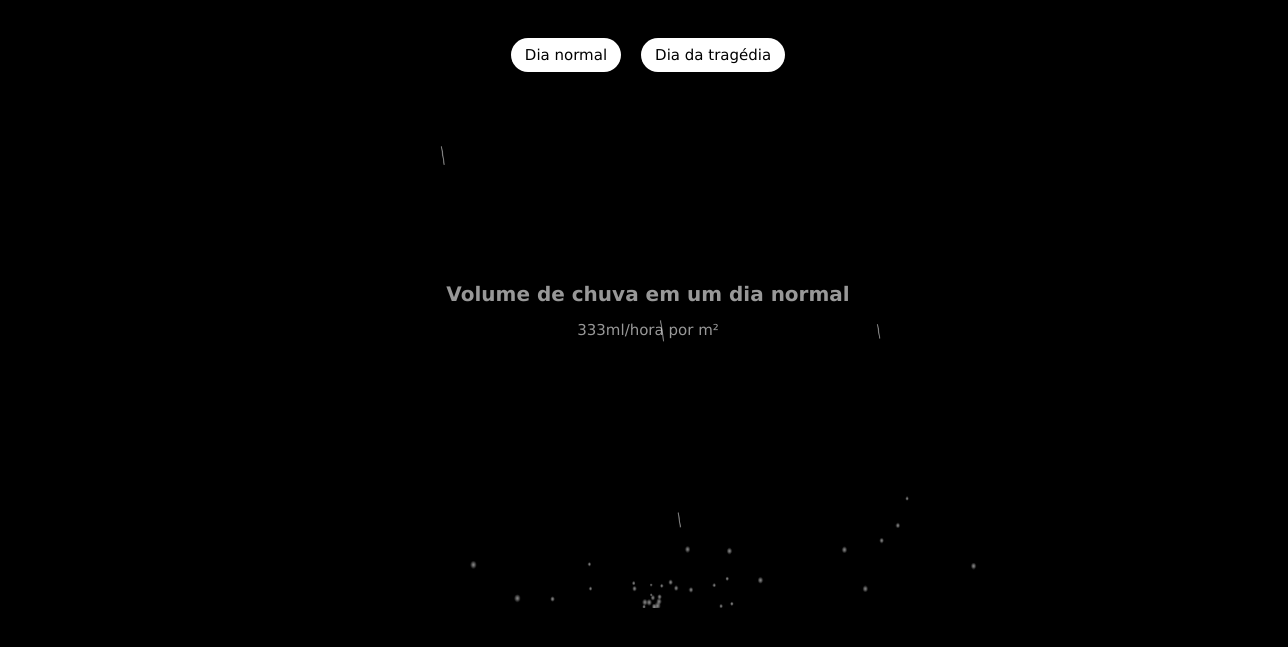
Repository: lucasthaynan/chuvas-estadao
Page: index.html
An editor plug-in stored every save of this project. The page is shown before and after the next save, followed by the edit.
The browser window is 1280 px wide. The page is 1288 px wide, so the pictures cover 1288 px, including what lies to the right of the window. The pictures show the whole page.

Above is the page before, as saved 2023-02-24 12:12:42.
Console error: ReferenceError: dat is not defined

### index.html
<!DOCTYPE html>
<html lang="en">
<head>
    <meta charset="UTF-8">
    <meta http-equiv="X-UA-Compatible" content="IE=edge">
    <meta name="viewport" content="width=device-width, initial-scale=1.0">
    <link rel="stylesheet" href="./style.css">

    <title>Document</title>
</head>
<body>


    <div>
        <!-- <h1>Texto teste</h1> -->
        <div class="btns">
            <button class="btn-nornal" onclick="clickNormal()">
                <p>Dia normal</p>
            </button>
            <button class="btn-tragedia" onclick="clickTragedia()">
                <p>Dia da tragédia</p>
            </button>
        </div>
    </div>
    <div id="instructions"></div>

        <canvas id="canvas">Canvas is not supported in your browser

        </canvas>

    <div class="text">
        <p class="destaque visible active">Volume de chuva em um dia normal</p>
        <p class="volume visible">333ml/hora por m²</p>
    </div>


    <script src="./main.js"></script>
</body>
</html>

### style.css
/* html {
	position: absolute;
	width: 100%;
	height: 100%;
} */

body {
    background: -moz-linear-gradient(top,  rgb(0, 0, 0) 0%, rgb(0, 0, 0) 100%); /* FF3.6-15 */
    background: linear-gradient(to bottom,  rgb(0, 0, 0) 0%,rgba(0, 0, 0, 0.93) 100%);
    background: -webkit-linear-gradient(top,  rgb(0, 0, 0) 0%,rgb(0, 0, 0) 100%); /* Chrome10-25,Safari5.1-6 */
    /* background: linear-gradient(to bottom,  rgba(8,13,40,1) 0%,rgba(38,19,0,1) 100%); W3C, IE10+, FF16+, Chrome26+, Opera12+, Safari7+ */

    display: flex;
    flex-direction: column;

    width: 710px;
    height: 500px;

    position: relative;
    width: 100%;

}

canvas {
    width: 710px;
    height: 500px;

    left: 50%;

    position: absolute;
    transform: translateX(-50%);

    margin-top: 100px;

}

#instructions {
	opacity: 1;
	transition: opacity 2s;
	background-repeat: no-repeat;
	background-position: center center;
	background-size: contain;
	/* background-image: url(data:[embedded picture, 1818 characters]);
	 */

    width: 710px;
    height: 500px;

    left: 50%;

    position: absolute;
    transform: translateX(-50%);

    margin-top: 200px;

	@media (max-height: 400px) {
		display: none;
	}


}


.text {
    display: flex;
    justify-content: center;
    width: 100vw;
    height: 100%;
    /* align-content: center; */
    align-items: center;
    flex-direction: column;
    flex-wrap: nowrap;
    gap: 15px;
}

p {
    margin: 0;
    font-weight: 800;
    color: #989898;
    font-size: 20px;
    font-family:'Lucida Sans', 'Lucida Sans Regular', 'Lucida Grande', 'Lucida Sans Unicode', Geneva, Verdana, sans-serif;
}

p.volume {
    font-size: 15px;
    font-weight: 500;
}

/* div.btns p {
    transition: ;
} */


p.visible {
    visibility: visible;
    opacity: 1;
    transition: opacity 0.5s linear;
  }


p.hidden {
    visibility: hidden;
    opacity: 0;
    transition: visibility 0s 0.5s, opacity 0.5s linear;
}

div.btns {
    display: flex;
    flex-direction: row;
    align-items: center;
    justify-content: center;
    gap: 20px;
    padding-bottom: 40px;
    padding-top: 30px;
}

div.btns > button {
    background-color: #ffffff;
    padding: 8px 14px;
    border-radius: 999px;
    cursor: pointer;
    border: 0;
}

div.btns > button p {
    font-size: 15px;
    font-weight: 400;
    color: #000000;
}

h1 {
    color: #ffffff;
    left: 50%;

    position: absolute;
    transform: translateX(-50%);
}

### main.js
// Falling rain simulation using 2D canvas
// - vanilla JS, no frameworks
// - framerate independent physics
// - slow-mo / fast-forward support via demo.speed
// - supports high-DPI screens
// - falling rain particles are drawn as vector lines
// - splash particles are lazily pre-rendered so gradients aren't computed each frame
// - all particles make use of object pooling to further boost performance

// initialize


document.addEventListener("DOMContentLoaded", function() {

	demo.init();
	window.addEventListener('resize', demo.resize);


});

// demo namespace
var demo = {
	// CUSTOMIZABLE PROPERTIES
	// - physics speed multiplier: allows slowing down or speeding up simulation
	speed: 1,
	// - color of particles
	color: {
		r: '255',
		g: '255',
		b: '255',
		a: '0.5'
	},

	// END CUSTOMIZATION
	// whether demo is running
	started: false,
	// canvas and associated context references
	canvas: null,
	ctx: null,
	// viewport dimensions (DIPs)
	width: 0,
	height: 0,
	// devicePixelRatio alias (should only be used for rendering, physics shouldn't care)
	dpr: window.devicePixelRatio || 1,
	// time since last drop
	drop_time: 0,
	// ideal time between drops (changed with mouse/finger)
    drop_delay: 156,
	// drop_delay: 156,
	// wind applied to rain (changed with mouse/finger)
    wind: 5,
	// wind: 5,
	// color of rain (set in init)
	rain_color: null,
	rain_color_clear: null,
	// rain particles
	rain: [],
	rain_pool: [],
	// rain droplet (splash) particles
	drops: [],
	drop_pool: []
};

// demo initialization (should only run once)
demo.init = function() {

	if (!demo.started) {

		demo.started = true;
		demo.canvas = document.getElementById('canvas');
		demo.ctx = demo.canvas.getContext('2d');
		var c = demo.color;
		demo.rain_color = 'rgba(' + c.r + ',' + c.g + ',' + c.b + ',' + c.a + ')';
		demo.rain_color_clear = 'rgba(' + c.r + ',' + c.g + ',' + c.b + ',0)';
		demo.resize();
		Ticker.addListener(demo.step);

		//
		const gui = new dat.GUI();
		gui.add(demo, 'speed', 0.2, 2);

		// fade out instructions after a few seconds
		var instructions = document.getElementById('instructions');
		setTimeout(function() {
			instructions.style.opacity = 0;
			setTimeout(function(){
				instructions.parentNode.removeChild(instructions);
			}, 2000);
		}, 4000);
	}
}

// (re)size canvas (clears all particles)
demo.resize = function() {
	// localize common references
	var rain = demo.rain;
	var drops = demo.drops;
	// recycle particles
	for (var i = rain.length - 1; i >= 0; i--) {
			rain.pop().recycle();
	}
	for (var i = drops.length - 1; i >= 0; i--) {
			drops.pop().recycle();
	}
	// resize
	demo.width = window.innerWidth;
	demo.height = window.innerHeight;
	demo.canvas.width = demo.width * demo.dpr;
	demo.canvas.height = demo.height * demo.dpr;
}

demo.step = function(time, lag) {
	// localize common references
	var demo = window.demo;
	var speed = demo.speed;
	var width = demo.width;
	var height = demo.height;
	var wind = demo.wind;
	var rain = demo.rain;
	var rain_pool = demo.rain_pool;
	var drops = demo.drops;
	var drop_pool = demo.drop_pool;

	// multiplier for physics
	var multiplier = speed * lag;

	// spawn drops
	demo.drop_time += time * speed;
	while (demo.drop_time > demo.drop_delay) {
		demo.drop_time -= demo.drop_delay;
		var new_rain = rain_pool.pop() || new Rain();
		new_rain.init();
		var wind_expand = Math.abs(height / new_rain.speed * wind); // expand spawn width as wind increases
		var spawn_x = Math.random() * (width + wind_expand);
		if (wind > 0) spawn_x -= wind_expand;
		new_rain.x = spawn_x;
		rain.push(new_rain);
	}

	// rain physics
	for (var i = rain.length - 1; i >= 0; i--) {
		var r = rain[i];
		r.y += r.speed * r.z * multiplier;
		r.x += r.z * wind * multiplier;
		// remove rain when out of view
		if (r.y > height) {
			// if rain reached bottom of view, show a splash
			r.splash();
		}
		// recycle rain
		if (r.y > height + Rain.height * r.z || (wind < 0 && r.x < wind) || (wind > 0 && r.x > width + wind)) {
			r.recycle();
			rain.splice(i, 1);
		}
	}

	// splash drop physics
	var drop_max_speed = Drop.max_speed;
	for (var i = drops.length - 1; i >= 0; i--) {
		var d = drops[i];
		d.x += d.speed_x * multiplier;
		d.y += d.speed_y * multiplier;
		// apply gravity - magic number 0.3 represents a faked gravity constant
		d.speed_y += 0.3 * multiplier;
		// apply wind (but scale back the force)
		d.speed_x += wind / 25 * multiplier;
		if (d.speed_x < -drop_max_speed) {
			d.speed_x = -drop_max_speed;
		}else if (d.speed_x > drop_max_speed) {
			d.speed_x = drop_max_speed;
		}
		// recycle
		if (d.y > height + d.radius) {
			d.recycle();
			drops.splice(i, 1);
		}
	}

	demo.draw();
}

demo.draw = function() {
	// localize common references
	var demo = window.demo;
	var width = demo.width;
	var height = demo.height;
	var dpr = demo.dpr;
	var rain = demo.rain;
	var drops = demo.drops;
	var ctx = demo.ctx;

	// start fresh
	ctx.clearRect(0, 0, width*dpr, height*dpr);

	// draw rain (trace all paths first, then stroke once)
	ctx.beginPath();
	var rain_height = Rain.height * dpr;
	for (var i = rain.length - 1; i >= 0; i--) {
		var r = rain[i];
		var real_x = r.x * dpr;
		var real_y = r.y * dpr;
		ctx.moveTo(real_x, real_y);
		// magic number 1.5 compensates for lack of trig in drawing angled rain
		ctx.lineTo(real_x - demo.wind * r.z * dpr * 1.5, real_y - rain_height * r.z);
	}
	ctx.lineWidth = Rain.width * dpr;
	ctx.strokeStyle = demo.rain_color;
	ctx.stroke();

	// draw splash drops (just copy pre-rendered canvas)
	for (var i = drops.length - 1; i >= 0; i--) {
		var d = drops[i];
		var real_x = d.x * dpr - d.radius;
		var real_y = d.y * dpr - d.radius;
		ctx.drawImage(d.canvas, real_x, real_y);
	}
}


// Rain definition
function Rain() {
	this.x = 0;
	this.y = 0;
	this.z = 0;
	this.speed = 25;
	this.splashed = false;
}
Rain.width = 2;

// TAMANHO DAS GOSTAS DE CHUVA - 40 = PADRAO
Rain.height = 40;
Rain.prototype.init = function() {
	this.y = Math.random() * -100;

    // VELOCIDADE DE QUEDA DA CHUVA - 0.5 + 0.5 = PADRAO
	this.z = Math.random() * 0.5 + 0.5;
	this.splashed = false;
}
Rain.prototype.recycle = function() {
	demo.rain_pool.push(this);
}
// recycle rain particle and create a burst of droplets
Rain.prototype.splash = function() {
	if (!this.splashed) {
		this.splashed = true;
		var drops = demo.drops;
		var drop_pool = demo.drop_pool;

		for (var i=0; i<16; i++) {
			var drop = drop_pool.pop() || new Drop();
			drops.push(drop);
			drop.init(this.x);
		}
	}
}


// Droplet definition
function Drop() {
	this.x = 0;
	this.y = 0;
	this.radius = Math.round(Math.random() * 4 + 2) * demo.dpr;
	this.speed_x = 0;
	this.speed_y = 0;
	this.canvas = document.createElement('canvas');
	this.ctx = this.canvas.getContext('2d');

	// render once and cache
	var diameter = this.radius * 2;
	this.canvas.width = diameter;
	this.canvas.height = diameter;

	var grd = this.ctx.createRadialGradient(this.radius, this.radius , 1, this.radius, this.radius, this.radius);
	grd.addColorStop(0, demo.rain_color);
	grd.addColorStop(1, demo.rain_color_clear);
	this.ctx.fillStyle = grd;
	this.ctx.fillRect(0, 0, diameter, diameter);
}

// DISPERCAO DOS PINGOS NO CHAO
Drop.max_speed = 10;

Drop.prototype.init = function(x) {
	this.x = x;
	this.y = demo.height;
	var angle = Math.random() * Math.PI - (Math.PI * 0.5);
	var speed = Math.random() * Drop.max_speed;
	this.speed_x = Math.sin(angle) * speed;
	this.speed_y = -Math.cos(angle) * speed;
}
Drop.prototype.recycle = function() {
	demo.drop_pool.push(this);
}




// handle interaction
demo.mouseHandler = function(evt) {
	demo.updateCursor(evt.clientX, evt.clientY);
}
demo.touchHandler = function(evt) {
	evt.preventDefault();
	var touch = evt.touches[0];
	demo.updateCursor(touch.clientX, touch.clientY);
}
demo.updateCursor = function(x, y) {
	x /= demo.width;
	y /= demo.height;
	var y_inverse = (1 - y);

	demo.drop_delay = y_inverse*y_inverse*y_inverse * 100 + 2;
	demo.wind = (x - 0.5) * 50;
}

// document.addEventListener('mousemove', demo.mouseHandler);
// document.addEventListener('touchstart', demo.touchHandler);
// document.addEventListener('touchmove', demo.touchHandler);



// Frame ticker helper module
var Ticker = (function(){
	var PUBLIC_API = {};

	// public
	// will call function reference repeatedly once registered, passing elapsed time and a lag multiplier as parameters
	PUBLIC_API.addListener = function addListener(fn) {
		if (typeof fn !== 'function') throw('Ticker.addListener() requires a function reference passed in.');

		listeners.push(fn);

		// start frame-loop lazily
		if (!started) {
			started = true;
			queueFrame();
		}
	};

	// private
	var started = false;
	var last_timestamp = 0;
	var listeners = [];
	// queue up a new frame (calls frameHandler)
	function queueFrame() {
		if (window.requestAnimationFrame) {
			requestAnimationFrame(frameHandler);
		} else {
			webkitRequestAnimationFrame(frameHandler);
		}
	}
	function frameHandler(timestamp) {
		var frame_time = timestamp - last_timestamp;
		last_timestamp = timestamp;
		// make sure negative time isn't reported (first frame can be whacky)
		if (frame_time < 0) {
			frame_time = 17;
		}
		// - cap minimum framerate to 15fps[~68ms] (assuming 60fps[~17ms] as 'normal')
		else if (frame_time > 68) {
			frame_time = 68;
		}

		// fire custom listeners
		for (var i = 0, len = listeners.length; i < len; i++) {
			listeners[i].call(window, frame_time, frame_time / 16.67);
		}

		// always queue another frame
		queueFrame();
	}

	return PUBLIC_API;
}());

// ATIVANDO BOTOES PARA MUDAR VOLUME DA CHUVA

// window.onload=function() {

// 	let btnNormal = document.querySelector("div.btn-normal")
// 	let btnTragedia = document.querySelector("div.btn-tragedia")

// 	btnNormal.addEventListener("click", e => {
// 		demo.drop_delay = 156
// 		demo.wind = 5
// 		console.log("normal")
// 	})

// 	btnTragedia.addEventListener("click", e => {
// 		demo.drop_delay = 2.5
// 		demo.wind = 15
// 		console.log("tragedia")
// 	})

// }

function clickTragedia(){

		// document.querySelector("button .btn-normal").style.background = "#797979"

		document.querySelector("p.destaque").classList.add("hidden")
		document.querySelector("p.volume").classList.add("hidden")

		setTimeout(() => {
			document.querySelector("p.destaque").innerHTML = "Volume de chuva no dia da tragédia"
			document.querySelector("p.volume").innerHTML = "26,5 litros/hora por m²"

			document.querySelector("p.destaque").classList.remove("hidden");
			document.querySelector("p.volume").classList.remove("hidden");
		  }, 500)



		demo.drop_delay = 2.5
		demo.wind = 15
		console.log("tragedia")
	}

function clickNormal(){

		// document.querySelector("button .btn-tragedia").style.background = "#797979"

		document.querySelector("p.destaque").classList.add("hidden")
		document.querySelector("p.volume").classList.add("hidden")

		setTimeout(() => {
			document.querySelector("p.destaque").innerHTML = "Volume de chuva em um dia normal"
			document.querySelector("p.volume").innerHTML = "333ml/hora por m²"

			document.querySelector("p.destaque").classList.remove("hidden");
			document.querySelector("p.volume").classList.remove("hidden");
		  }, 500)



		demo.drop_delay = 156
		demo.wind = 5
		console.log("normal")
	}


// let btnNormal = document.querySelector("div.btn-normal")
// 	let btnTragedia = document.querySelector("div.btn-tragedia")

// 	btnNormal.addEventListener("click", e => {
// 		console.log("normal")
// 		demo.drop_delay = 156
// 		demo.wind = 5
// 		console.log("normal")
// 	})

// 	btnTragedia.addEventListener("click", e => {
// 		console.log("tragedia")
// 		demo.drop_delay = 2.5
// 		demo.wind = 15
// 		console.log("tragedia")
// 	})

After the next save:
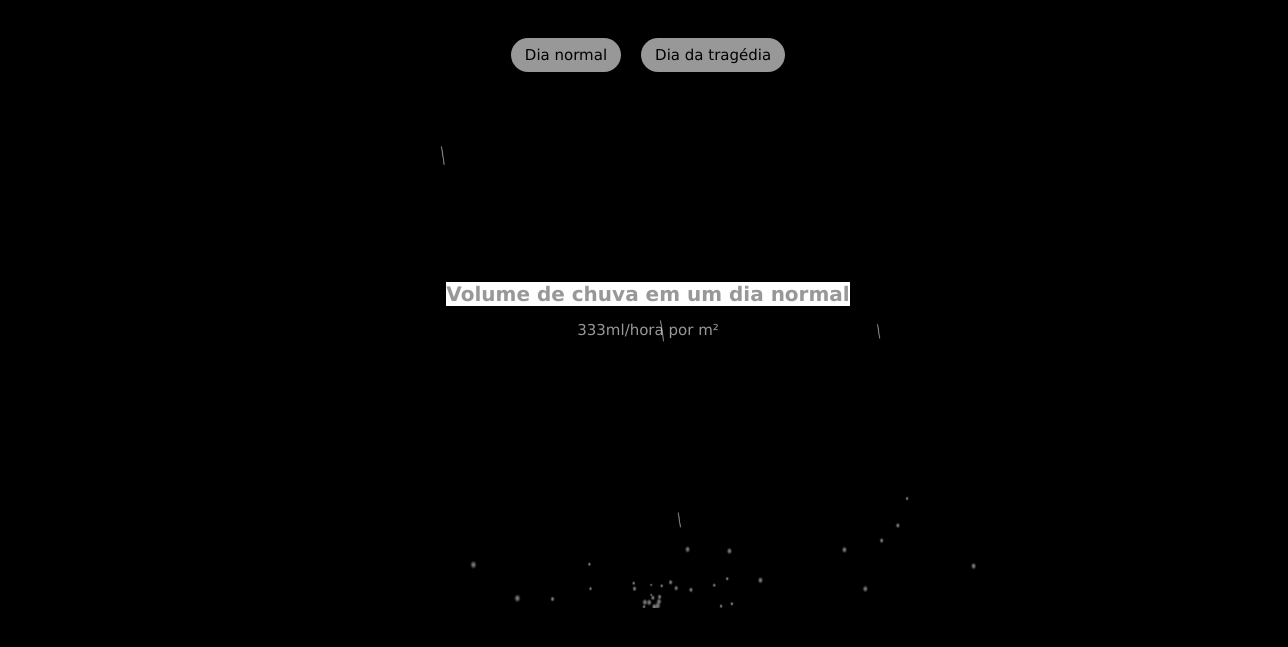
Saved 1 s later.
--- a/style.css
+++ b/style.css
@@ -90,6 +90,9 @@ p.volume {
     transition: ;
 } */
 
+p.active {
+    background-color: #ffffff;
+}
 
 p.visible {
     visibility: visible;
@@ -115,7 +118,7 @@ div.btns {
 }
 
 div.btns > button {
-    background-color: #ffffff;
+    background-color: #989898;
     padding: 8px 14px;
     border-radius: 999px;
     cursor: pointer;
